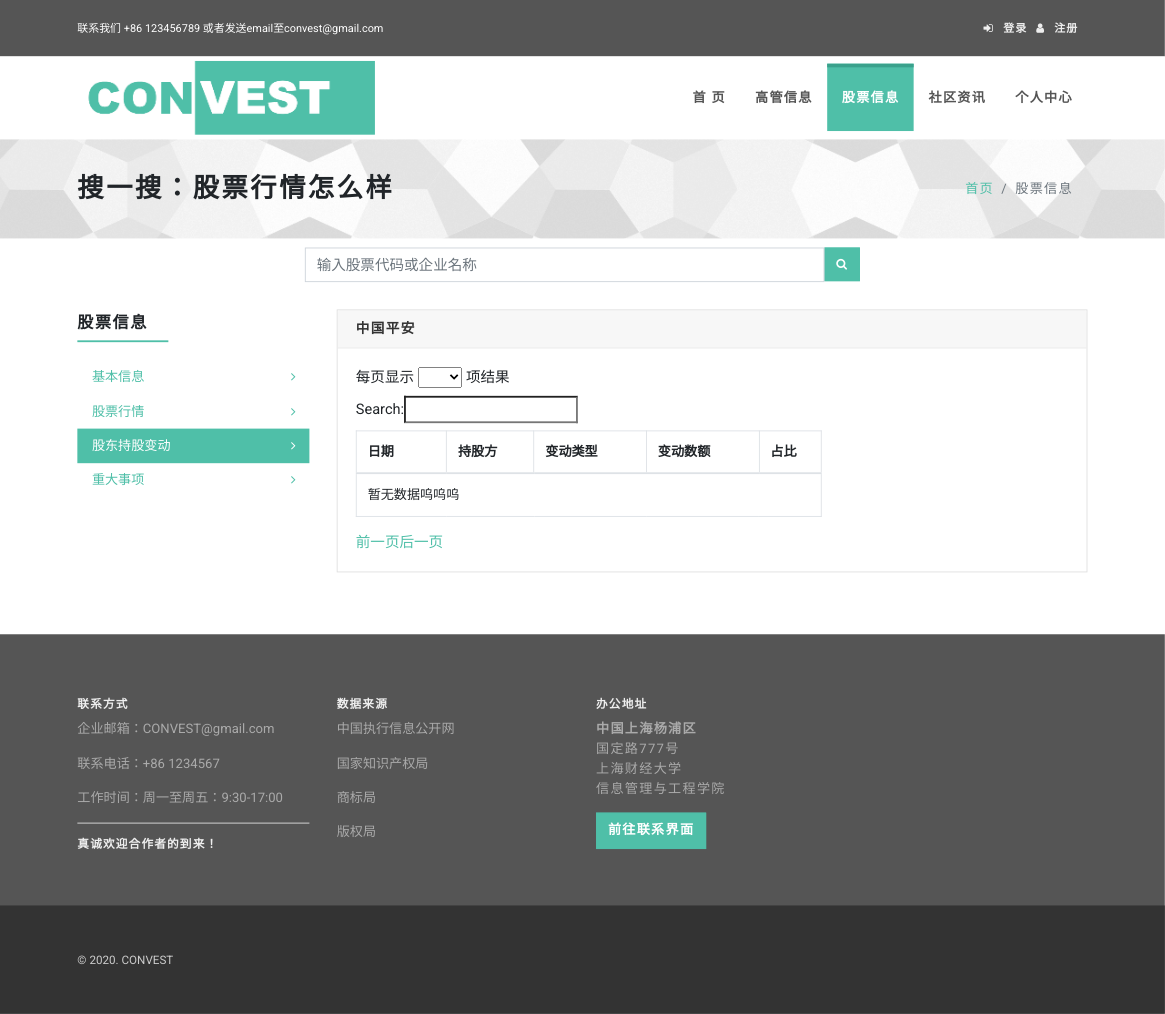
Repository: SUFELYZ/CONVEST
Page: http://localhost/CONVEST/template-content-boxes.jsp
The author's editor kept a copy of each file at every save. The page is drawn from the files as they stood at one save, then again after the next save.
The browser window is 1280 px wide. The pictures show the whole page, at 91% of full size.
The page is served by Tomcat 9.

Above is the page before, as saved 2021-01-05 18:33:59.

After the next save:
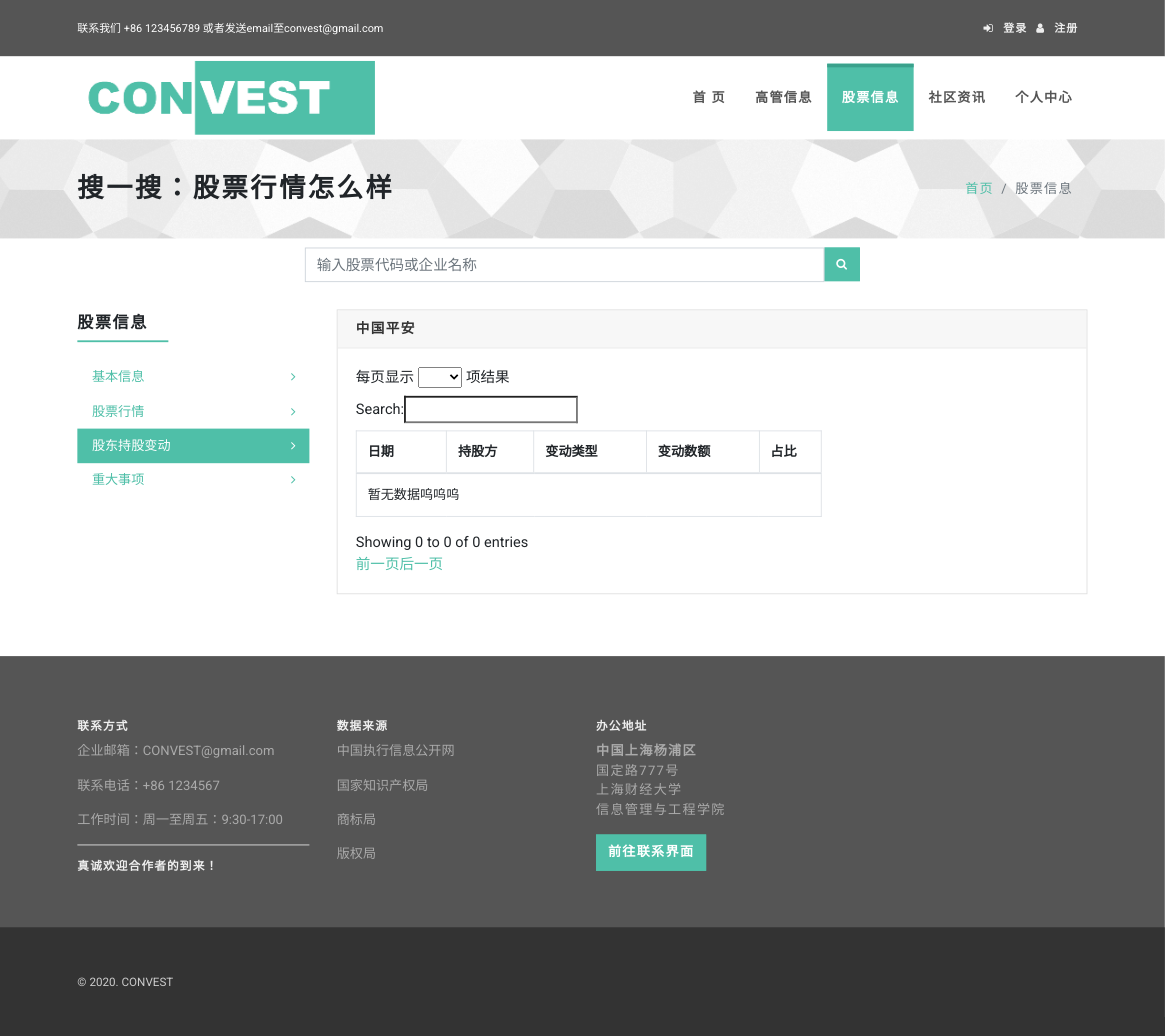
Saved 7 s later.
--- a/CONVEST 1.0/CONVEST/WebContent/template-content-boxes.jsp
+++ b/CONVEST 1.0/CONVEST/WebContent/template-content-boxes.jsp
@@ -320,7 +320,7 @@
 	     "bLengthChange": true, //开关，是否显示每页显示多少条数据的下拉框
 	     'iDisplayLength': 2, //每页初始显示5条记录
 	     'bFilter': true,  //是否使用内置的过滤功能（是否去掉搜索框）
-	     "bInfo": false, //开关，是否显示表格的一些信息(当前显示XX-XX条数据，共XX条)
+	     "bInfo": true, //开关，是否显示表格的一些信息(当前显示XX-XX条数据，共XX条)
 	     "bPaginate": true, //开关，是否显示分页器
 	     "bSort": true, //是否可排序
 
